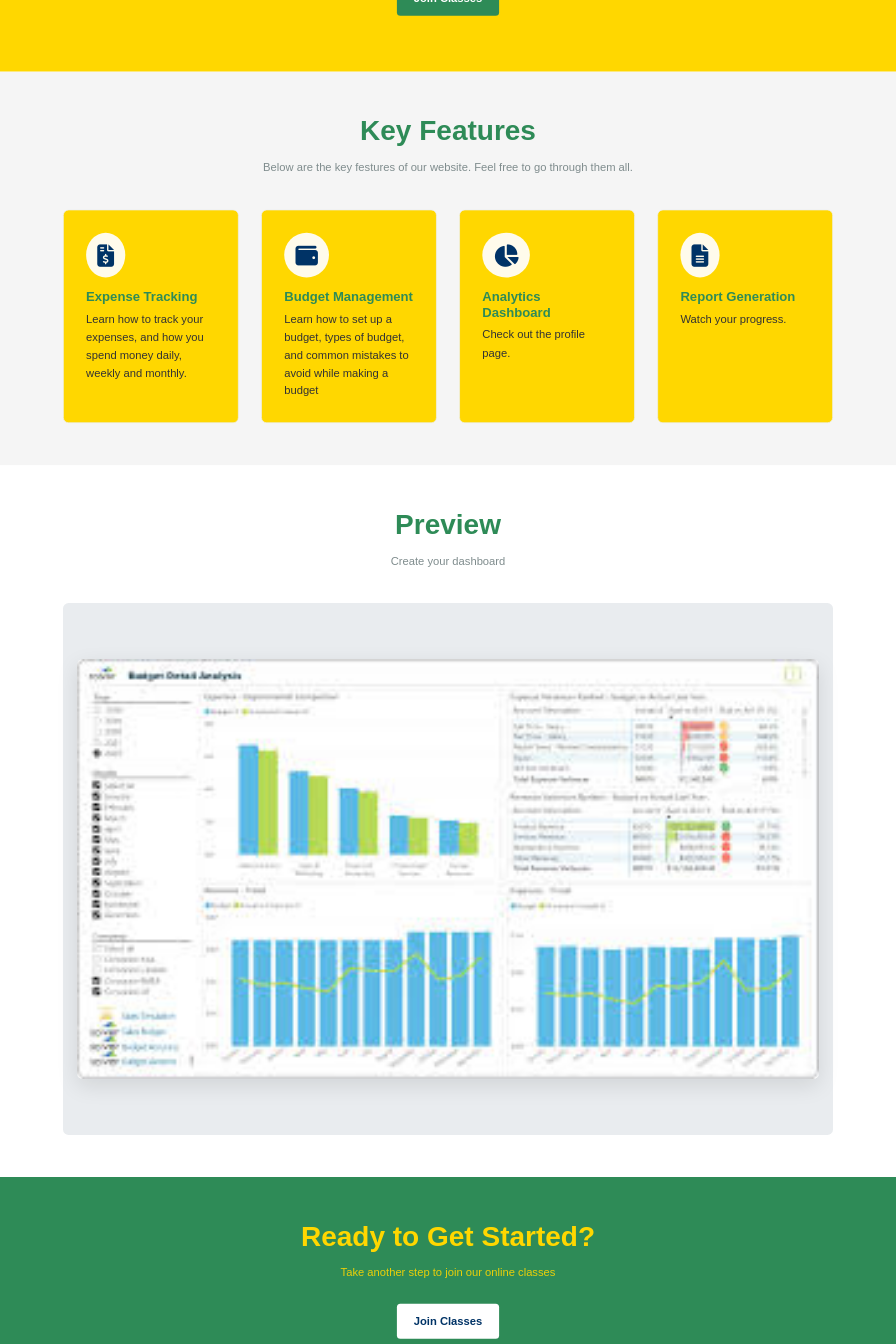
Repository: JoyUdoh106/wdd131
Page: project/index.html
An editor plug-in stored every save of this project. The page is shown before and after the next save, followed by the edit.
The browser window is 1280 px wide. The pictures show the part of the page from y = 428 to 2348 px (the page is 2851 px tall), at 70% of full size.

Above is the page before, as saved 2025-08-10 20:38:00.

### project/index.html
<!DOCTYPE html>
<html lang="en">
<head>
    <meta charset="UTF-8">
    <meta name="viewport" content="width=device-width, initial-scale=1.0">
    <title>BIZTRACK - Track Expense and Budget - HOME PAGE</title>
    <meta name="description" content="An informational website on tracking expenses and making budgets - Home page">
    <meta name="author" content="Joy Paulinus Udoh">

    <link rel="stylesheet" href="styles/project.css">
    <script src="scripts/project.js" defer></script>
    <link rel="stylesheet" href="styles/project-large.css">
    <link rel="stylesheet" href="https://cdnjs.cloudflare.com/ajax/libs/font-awesome/6.4.0/css/all.min.css">

    <link rel="preconnect" href="https://fonts.googleapis.com">
    <link rel="preconnect" href="https://fonts.gstatic.com" crossorigin>
    <link href="https://fonts.googleapis.com/css2?family=Merriweather:wght@300;400&family=Roboto:ital,wght@0,100..900;1,100..900&display=swap" rel="stylesheet">
</head>
<body>
    <header>
        <div class="container header-container">
            <a href="index.html" class="logo"><i class="fas fa-chart-line"></i> Biztrack</a>
            <nav class="main-nav">
                <ul class="nav-links">
                    <li><a href="index.html" class="nav-link active">Home</a></li>
                    <li><a href="expense.html" class="nav-link">Expense</a></li>
                    <li><a href="budget.html" class="nav-link">Budget</a></li>
                    <li><a href="profile.html" class="nav-link">Profile</a></li>
                </ul>
            </nav>
            <a href="#" class="btn btn-primary get-started-btn">Get Started</a>
            <button class="nav-toggle" id="nav-toggle-btn">
                <i class="fas fa-bars"></i>
            </button>
        </div>
    </header>

    <div class="mobile-nav" id="mobile-nav-menu">
        <a href="index.html" class="nav-link active">Home</a>
        <a href="expense.html" class="nav-link">Expense</a>
        <a href="budget.html" class="nav-link">Budget</a>
        <a href="profile.html" class="nav-link">Profile</a>
    </div>

    <main>
        <section class="hero-section">
            <div class="container">
                <h1>Track Your Business Expenses Effortlessly</h1>
                <p>Let's give you a basic education to help you manage money right, and spend well.</p>
                <a href="#" class="btn btn-primary">Join Classes</a>
            </div>
        </section>

        <section class="features-section">
            <div class="container">
                <h2>Key Features</h2>
                <p>Below are the key festures of our website. Feel free to go through them all.</p>
                <div class="features-grid">
                    <div class="feature-card reveal">
                        <i class="fas fa-file-invoice-dollar icon"></i>
                        <h3>Expense Tracking</h3>
                        <p>Learn how to track your expenses, and how you spend money daily, weekly and monthly.</p>
                    </div>
                    <div class="feature-card reveal">
                        <i class="fas fa-wallet icon"></i>
                        <h3>Budget Management</h3>
                        <p>Learn how to set up a budget, types of budget, and common mistakes to avoid while making a budget</p>
                    </div>
                    <div class="feature-card reveal">
                        <i class="fas fa-chart-pie icon"></i>
                        <h3>Analytics Dashboard</h3>
                        <p>Check out the profile page.</p>
                    </div>
                    <div class="feature-card reveal">
                        <i class="fas fa-file-alt icon"></i>
                        <h3>Report Generation</h3>
                        <p>Watch your progress.</p>
                    </div>
                </div>
            </div>
        </section>

        <section class="preview-section">
            <div class="container">
                <h2>Preview</h2>
                <p>Create your dashboard</p>
                <div class="dashboard-preview reveal">
                    <img src="images/dashboard-preview - Copy.jpeg" alt="Biztrack Dashboard Preview" style="width:100%; height:auto; border-radius: 8px; box-shadow: 0 10px 30px rgba(0,0,0,0.1);">
                </div>
            </div>
        </section>

        <section class="cta-section">
            <div class="container">
                <h2>Ready to Get Started?</h2>
                <p>Take another step to join our online classes</p>
                <a href="#" class="btn btn-light">Join Classes</a>
            </div>
        </section>
    </main>
     <footer>
        <div class="container footer-container">
            <div class="footer-about">
                <a href="index.html" class="logo"><i class="fas fa-chart-line"></i> Biztrack</a>
                <p>A simple, clear, and informative website to help you manage your finances.</p>
            </div>

            <div class="footer-form">
                <h4>Stay Updated</h4>
                <form id="contact-form" class="contact-form">
                    <label for="name-input" class="sr-only">Your Name</label>
                    <input type="text" id="name-input" placeholder="Your Name" required>
                    <label for="email-input" class="sr-only">Your Email</label>
                    <input type="email" id="email-input" placeholder="Your Email" required>
                    <button type="submit" class="btn btn-primary">Subscribe</button>
                </form>
                <p id="welcome-message" class="welcome-message"></p>
            </div>

            <div class="footer-links">
                <h4>Pages</h4>
                <ul>
                    <li><a href="index.html">Home</a></li>
                    <li><a href="expense.html">Expense</a></li>
                    <li><a href="budget.html">Budget</a></li>
                    <li><a href="profile.html">Profile</a></li>
                </ul>
            </div>
            <div class="footer-links">
                <h4>Company</h4>
                <ul>
                    <li><a href="#">About Us</a></li>
                    <li><a href="#">Contact</a></li>
                    <li><a href="#">Privacy Policy</a></li>
                </ul>
            </div>
            <div class="footer-social">
                <h4>Follow Us</h4>
                <div class="social-icons">
                    <a href="https://facebook.com/joypaulinusudoh"><i class="fab fa-facebook-f"></i></a>
                    <a href="https://twitter.com"><i class="fab fa-twitter"></i></a>
                    <a href="https://linkedin.com/in/joypaulinusudoh"><i class="fab fa-linkedin-in"></i></a>
                </div>
            </div>
        </div>
        <div class="footer-bottom">
            <p>&copy; 2025 Biztrack. All Rights Reserved.</p>
        </div>
    </footer>

    <nav class="mobile-bottom-nav">
        <a href="index.html" class="bottom-nav-link active">
            <i class="fas fa-home"></i>
            <span>Home</span>
        </a>
        <a href="expense.html" class="bottom-nav-link">
            <i class="fas fa-file-invoice-dollar"></i>
            <span>Expense</span>
        </a>
        <a href="budget.html" class="bottom-nav-link">
            <i class="fas fa-wallet"></i>
            <span>Budget</span>
        </a>
        <a href="profile.html" class="bottom-nav-link">
            <i class="fas fa-user"></i>
            <span>Profile</span>
        </a>
    </nav>

</body>
</html>

### project/scripts/project.js
document.addEventListener('DOMContentLoaded', function() {

    const navToggleBtn = document.getElementById('nav-toggle-btn');
    const mobileNavMenu = document.getElementById('mobile-nav-menu');

    if (navToggleBtn && mobileNavMenu) {
        navToggleBtn.addEventListener('click', () => {
            mobileNavMenu.classList.toggle('open');
            const icon = navToggleBtn.querySelector('i');
            if (mobileNavMenu.classList.contains('open')) {
                icon.classList.remove('fa-bars');
                icon.classList.add('fa-times');
            } else {
                icon.classList.remove('fa-times');
                icon.classList.add('fa-bars');
            }
        });
    }

    const currentPath = window.location.pathname.split("/").pop() || 'index.html';
    const navLinks = document.querySelectorAll('.nav-link');
    const bottomNavLinks = document.querySelectorAll('.bottom-nav-link');
    const allLinks = [...navLinks, ...bottomNavLinks]; // Using an array and the spread operator

    allLinks.forEach(link => { // Array Method
        if (link.getAttribute('href') === currentPath) {
            link.classList.add('active');
        } else {
            link.classList.remove('active');
        }
    });

    // Scroll Reveal Animation
    const revealElements = document.querySelectorAll('.reveal');
    const revealObserver = new IntersectionObserver((entries) => {
        entries.forEach(entry => {
            if (entry.isIntersecting) {
                entry.target.classList.add('visible');
                revealObserver.unobserve(entry.target);
            }
        });
    }, { threshold: 0.1 });
    revealElements.forEach(element => { revealObserver.observe(element); });


    // --- 2. NEW Functionality for Rubric Criteria ---

    const contactForm = document.querySelector('#contact-form');
    const welcomeMessage = document.querySelector('#welcome-message');

    // CRITERION 12: JavaScript Objects
    const userProfile = {
        name: '',
        email: ''
    };

    // Function to handle form submission and user greeting
    function handleUserInteraction() {
        // CRITERION 15: JavaScript localStorage (Getting item)
        const storedName = localStorage.getItem('biztrackUserName');

        // CRITERION 11: Conditional Branching
        if (storedName) {
            userProfile.name = storedName;
            // CRITERION 14: JavaScript Template Literals
            welcomeMessage.textContent = `Welcome back, ${userProfile.name}!`;
        }

        // CRITERION 10: Event Listening
        contactForm.addEventListener('submit', function(event) {
            event.preventDefault(); // Prevent actual form submission

            // CRITERION 10: Selecting an element
            const nameInput = document.querySelector('#name-input');
            userProfile.name = nameInput.value;

            // CRITERION 15: JavaScript localStorage (Setting item)
            localStorage.setItem('biztrackUserName', userProfile.name);

            // CRITERION 10: Modifying an element & CRITERION 14: Template Literals
            welcomeMessage.textContent = `Thanks for subscribing, ${userProfile.name}!`;

            contactForm.reset();
        });
    }

    // CRITERION 9: Calling a second working function
    if (contactForm) {
        handleUserInteraction();
    }
});

### project/styles/project-large.css
@media (min-width: 768px) {
    h1 { font-size: 3rem; }
    h2 { font-size: 2.5rem; }

    .nav-toggle, .mobile-nav, .mobile-bottom-nav {
        display: none;
    }
    body { padding-bottom: 0; }

    .main-nav {
        display: block;
    }
    .nav-links {
        display: flex;
        gap: 2rem;
        align-items: center;
    }
    .nav-link {
        color: var(--text-color);
        font-weight: 500;
        position: relative;
    }
    .nav-link::after {
        content: '';
        position: absolute;
        width: 0;
        height: 2px;
        bottom: -5px;
        left: 0;
        background-color: var(--primary-color);
        transition: width 0.3s;
    }
    .nav-link:hover::after, .nav-link.active::after {
        width: 100%;
    }
    .get-started-btn { display: inline-block; }
    .hero-section h1 { font-size: 3.5rem; }

    .features-grid {
        grid-template-columns: repeat(2, 1fr);
    }

    .footer-container {
        grid-template-columns: 2fr 1fr 1fr 1fr;
        text-align: left;
    }
}

@media (min-width: 992px) {
    .features-grid {
        grid-template-columns: repeat(4, 1fr);
    }
}

@media (min-width: 992px) {
    .footer-container {
        grid-template-columns: 1.5fr 1.5fr 1fr 1fr;
    }
    .footer-about {
        grid-column: auto;
    }
    .footer-form {
        grid-column: 2 / 3;
    }
    .footer-links:first-of-type {
        grid-column: 3 / 4;
    }
    .footer-links:last-of-type {
        grid-column: 4 / 5;
    }
}

Loaded but not shown: project/styles/project.css (399 lines, source omitted)

After the next save:
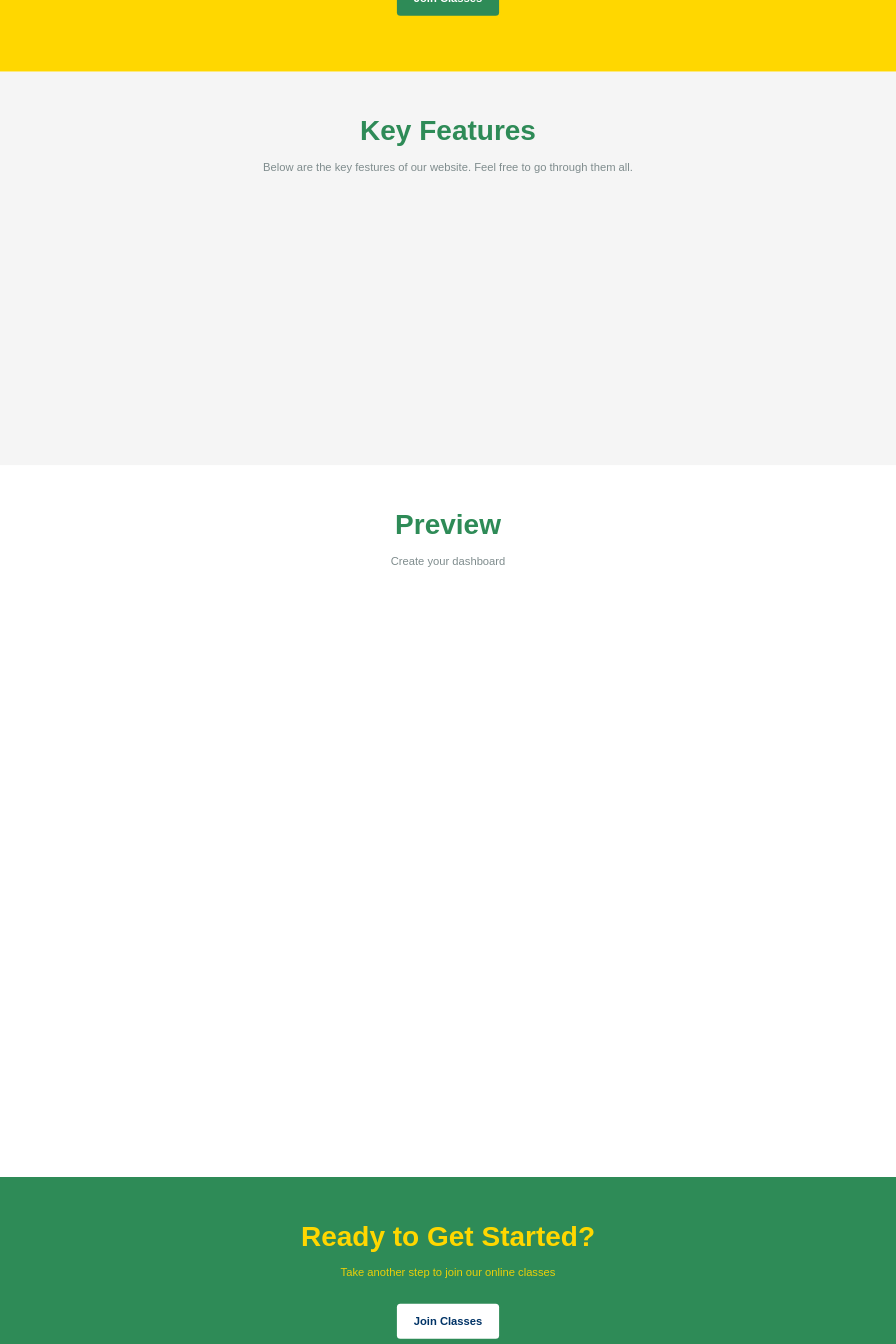
Console error: SyntaxError: Invalid or unexpected token
Saved 7 s later.
--- a/project/scripts/project.js
+++ b/project/scripts/project.js
@@ -22,7 +22,7 @@
     const bottomNavLinks = document.querySelectorAll('.bottom-nav-link');
     const allLinks = [...navLinks, ...bottomNavLinks]; // Using an array and the spread operator
 
-    allLinks.forEach(link => { // Array Method
+    allLinks.forEach(link => {\
         if (link.getAttribute('href') === currentPath) {
             link.classList.add('active');
         } else {

After the save that followed:
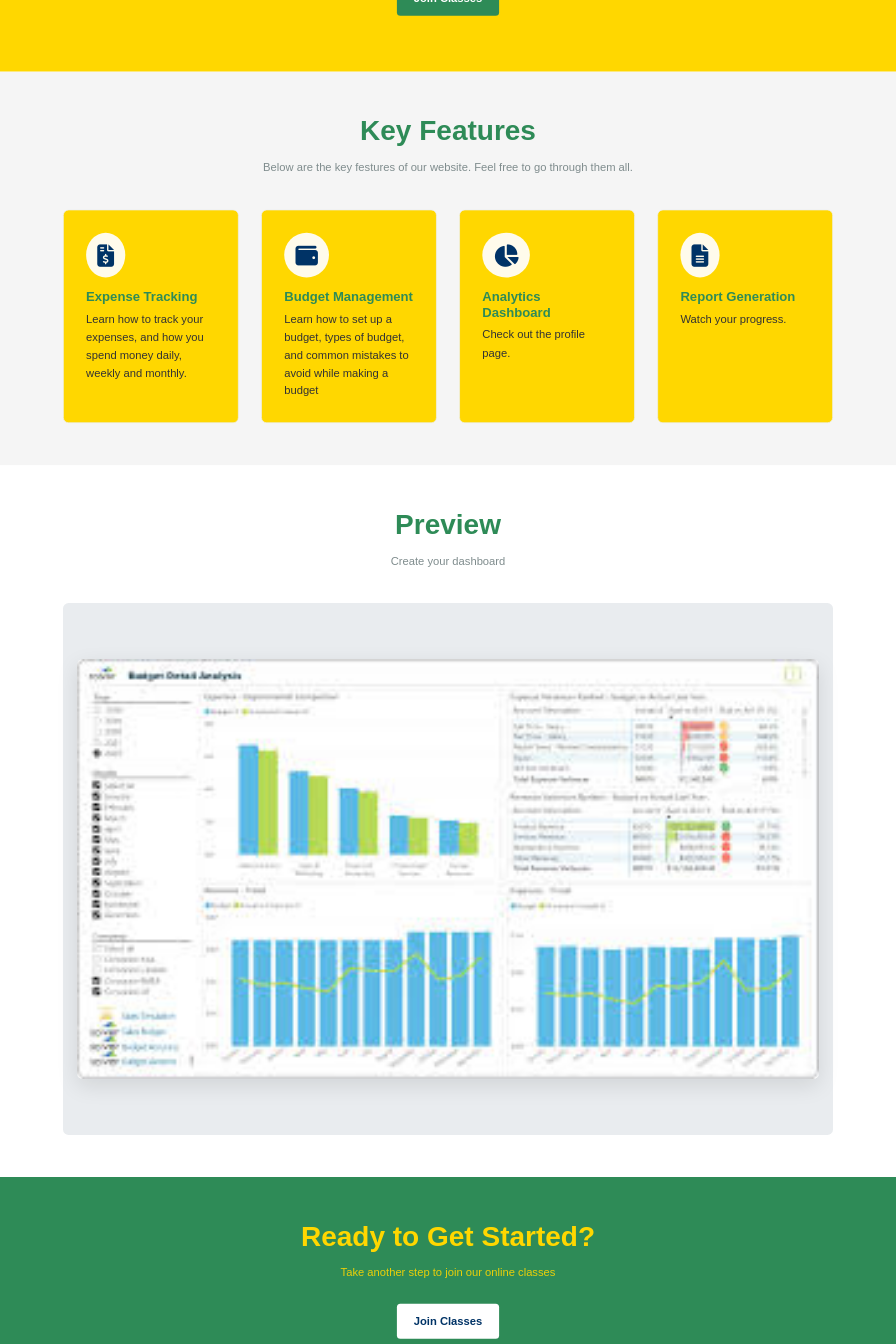
The error is gone.
Saved 4 s later.
--- a/project/scripts/project.js
+++ b/project/scripts/project.js
@@ -22,7 +22,7 @@
     const bottomNavLinks = document.querySelectorAll('.bottom-nav-link');
     const allLinks = [...navLinks, ...bottomNavLinks]; // Using an array and the spread operator
 
-    allLinks.forEach(link => {\
+    allLinks.forEach(link => {
         if (link.getAttribute('href') === currentPath) {
             link.classList.add('active');
         } else {
